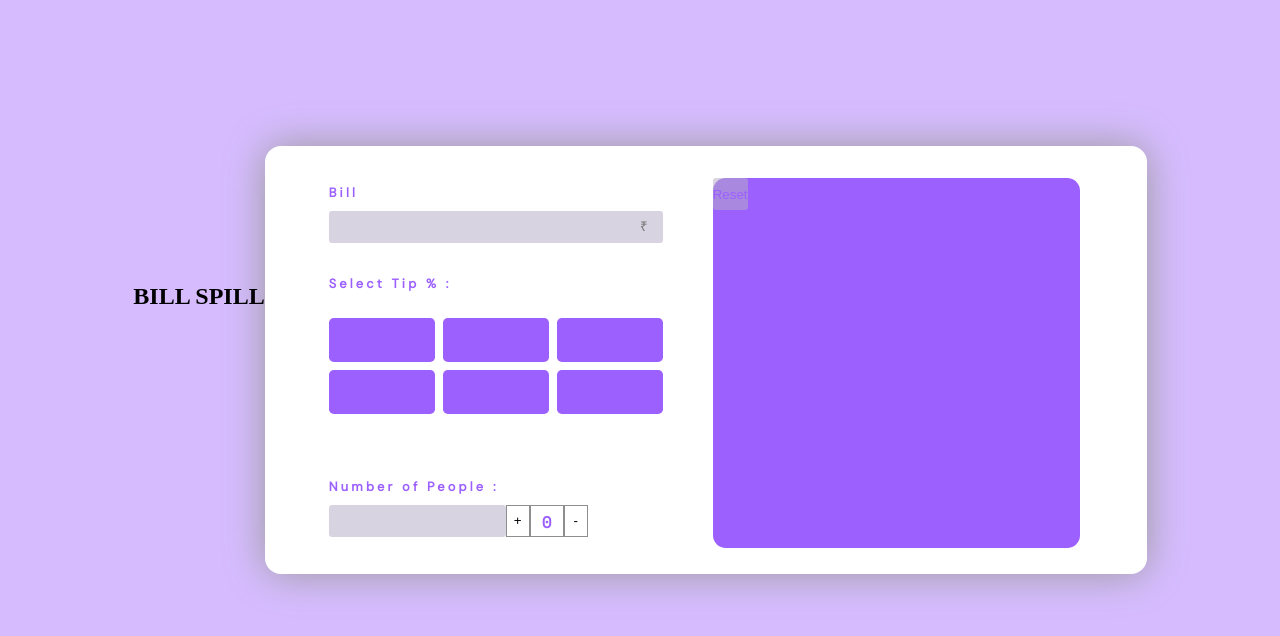
Repository: drumsmanku/micro-project-3
Page: index.html
An editor plug-in stored every save of this project. The page is shown before and after the next save, followed by the edit.
The browser window is 1280 px wide. The pictures show the whole page.

Above is the page before, as saved 2023-04-17 19:25:29.

### index.html
<!DOCTYPE html>
<html lang="en">
<head>
  <meta charset="UTF-8">
  <meta http-equiv="X-UA-Compatible" content="IE=edge">
  <meta name="viewport" content="width=device-width, initial-scale=1.0">
  <link rel="stylesheet" href="styles.css">
  <title>Bill Spill</title>
</head>
<body>
  <main>
    <h2>BILL SPILL</h2>
    <div class="entire-container">
      <div class="left-inside-container">
          <label for="amount">Bill</label>
          <input type="number" name="total" id="total-bill" placeholder="₹" >
          <div class="select-container">
            <label for="tip">Select Tip % :</label>
            <div class="button-containers">
              <button class="bt-1 sizing"></button>
              <button class="bt-2 sizing"></button>
              <button class="bt-3 sizing"></button>
              <button class="bt-4 sizing"></button>
              <button class="bt-5 sizing"></button>
              <button class="bt-6 sizing"></button>
            </div>
          </div>
          <label for="people">Number of People : </label>
          <div class="people-container">
            <input type="number" name="people" id="people-number">
            <button id="add-people">+</button>
            <h4 class="center-text">0</h4>
            <button id="sub-people">-</button>
          </div>
      </div>


      <div class="right-inside-container">
        <div class="first-line"></div>
        <div class="second-line"></div>
        <input type="button" value="Reset">
      </div>
    </div>
  </main>
</body>
</html>

### styles.css
@import url('https://fonts.googleapis.com/css2?family=DM+Sans&display=swap');
@import url('https://fonts.googleapis.com/css2?family=DM+Sans&family=Space+Mono&display=swap');
/* font-family: 'DM Sans', sans-serif; */
*{
  padding: 0;
  margin: 0;
}

main{
  width: 100%;
  height: 100vh;
  display: flex;
  justify-content: center;
  align-items: center;
  background-color:  #D6BCFF;
}

main>h2{
  position: relative;
  top: -4rem;
}

.entire-container{
  width: 818px;
  height: 428px;
  background-color: white;

  display: flex;
  padding-left: 4rem;
  flex-direction: row;
  border-radius: 1rem;
  box-shadow: 0 0 40px rgb(154, 154, 154);
}

.left-inside-container{
  display: flex;
  flex-wrap: wrap;
  flex-direction: column;
  justify-content: center;
}

.button-containers{
  display: grid;
  grid-template-columns: repeat(3, minmax(0,1fr));
  grid-template-rows: repeat(2, minmax(0,1fr));
  grid-gap: 0.5rem;
  margin-top: 1rem;
}

.sizing{
  width: 106px;
  height: 44px;
  border: none;
  background-color: #9C60FF;
  border-radius: 0.3rem;
}
.people-container{
  display: flex;
  flex-direction: row;
}
.people-container>h4{
  border: 1px solid #8E8E8E;
  width: 2rem;
  text-align: center;
  padding-top: 4px;
  color: #9C60FF;
  font-family: 'Space Mono';
  font-size: 1rem;
}
.people-container>button{
  background: none;
  border: 1px solid #8E8E8E;
  width: 1.5rem;
}

.select-container{
  display: flex;
  flex-direction: column;
  margin: 2rem 0 4rem 0;
}

.right-inside-container{
  width: 367px;
  height: 370px;
  background-color: #9C60FF;
  border-radius: 0.8rem;
  position: relative;
  top: 2rem;
  margin-left: 10px;
  right: -40px;
}
input{
  border-radius: 0.2rem;
  border: none;
  background-color: rgba(182, 172, 196, 0.53);
  height: 2rem;
  text-align: end;
  color: #9C60FF;
}
label{
  color: #9C60FF;
  font-size: 0.8rem;
  font-family: 'DM Sans';
  font-weight: bold;
  letter-spacing: 0.2rem;
  margin-bottom: 10px;
}

After the next save:
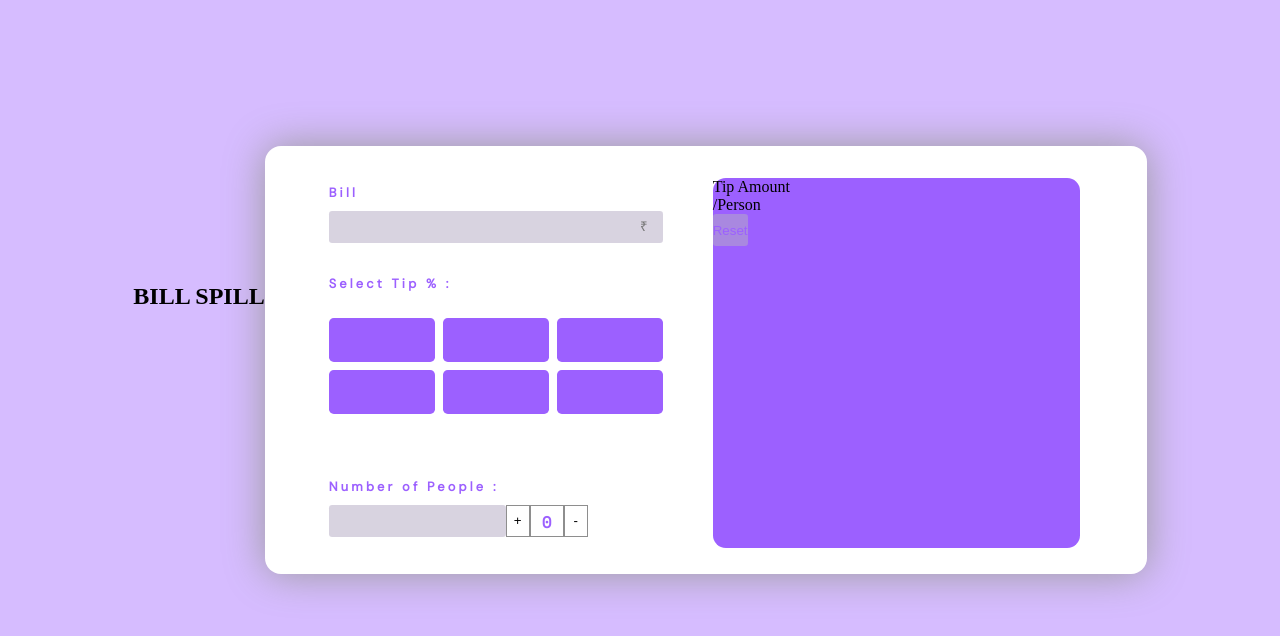
Saved 93 s later.
--- a/index.html
+++ b/index.html
@@ -36,7 +36,13 @@
 
 
       <div class="right-inside-container">
-        <div class="first-line"></div>
+        <div class="first-line">
+          <div class="first-line-first">
+            <p class="one">Tip Amount</p>
+            <p class="two">/Person</p>
+
+          </div>
+        </div>
         <div class="second-line"></div>
         <input type="button" value="Reset">
       </div>
